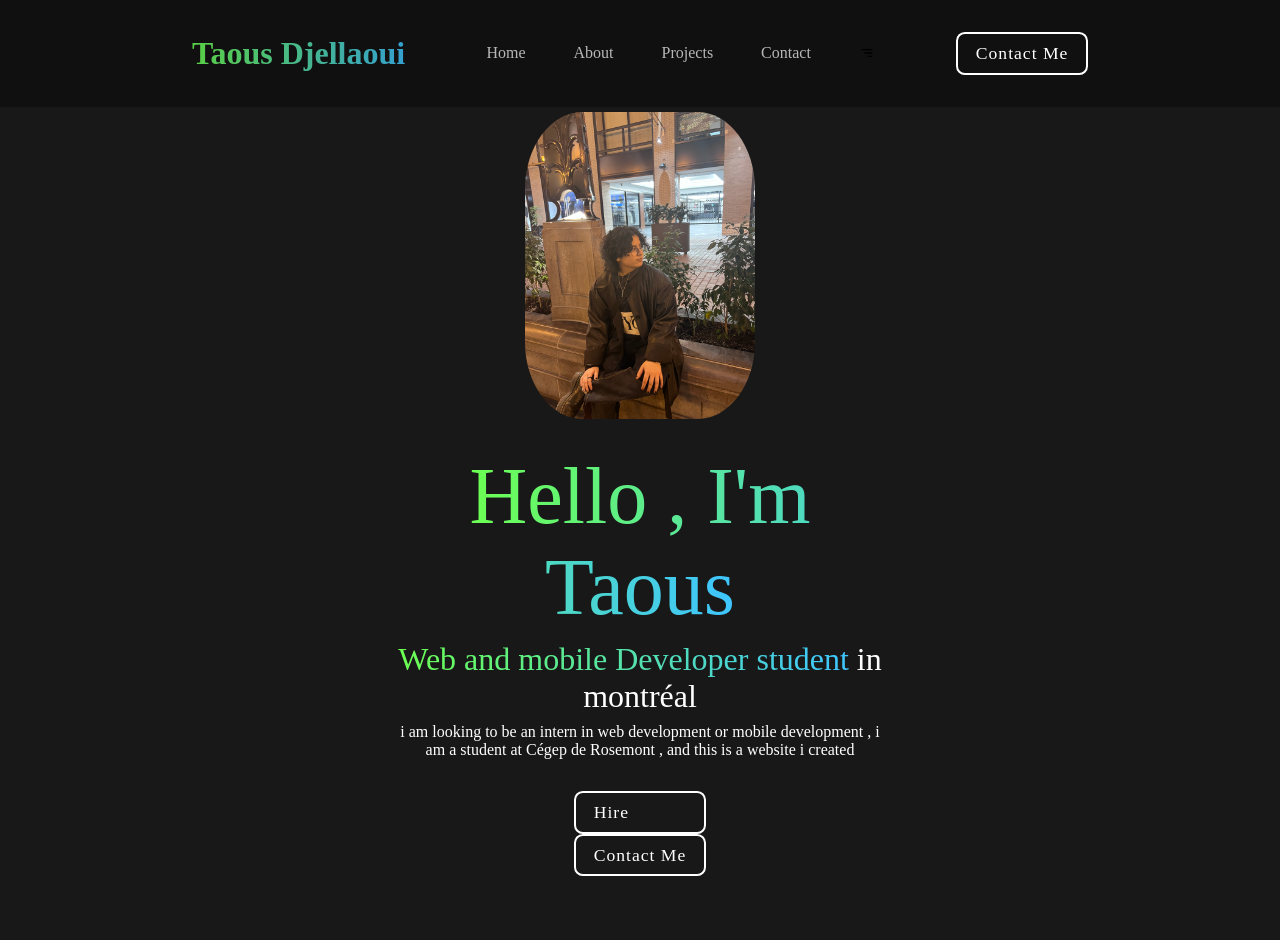
Repository: taousdjellaoui/portfolio-
Page: portfolio/index.html
The author's editor kept a copy of each file at every save. The page is drawn from the files as they stood at one save, then again after the next save.
The browser window is 1280 px wide. The pictures show the whole page.

Above is the page before, as saved 2024-09-23 21:06:13.

### portfolio/index.html
<!DOCTYPE html>
<html lang="en">
  <head>
    <meta charset="UTF-8" />
    <meta name="viewport" content="width=device-width, initial-scale=1.0" />
    <title>Portfolio Website</title>
    <link rel="stylesheet" href="style.css" />
    <link href='https://unpkg.com/boxicons@2.1.4/css/boxicons.min.css' rel='stylesheet'>
  </head>
  <body>
    <nav>
      <a href="#" class="logo"><span>Taous Djellaoui</span></a>
      <ul class="links">
        <a href="#home">Home</a>
        <a href="#about">About</a>
        <a href="#projects">Projects</a>
        <a href="#contact">Contact</a>
        <i class='bx bx-menu-alt-right' id="Menu"></i>
      </ul>
      <a href="#contact" class="btn">Contact Me</a>

    </nav>
    <section id="home">
      <img src="image.jpg" alt="">
      <div class="info-box">
        <h1><span>Hello , I'm Taous</span></h1>
        <h3><span>Web and mobile Developer student</span> in montréal</h3>
        <p>i am looking to be an intern in web development or mobile development , i am a student
           at Cégep de Rosemont , and this is a website i created  </p>
      </div>
      <div class="btn-box">
        <div class="btn">Hire</div>
        <div class="btn">Contact Me</div>
        <div></div>

      </div>

    </section>

    <script src="script.js"></script>
  </body>
</html>

### portfolio/style.css
* {
  margin: 0;
  padding: 0;
  box-sizing: border-box;
  text-decoration: none;
  list-style: none;
  scroll-behavior: smooth;
  font-family: "Poppins";
}
:root {
  --background: rgb(24, 24, 24);
  --second-background: rgb(21, 21, 21);
}
body{
  min-height: 100vh;
  background-color: var(--background);
}
nav{
position:fixed;
top:0;
width: 100%;
padding: 2em 15%;
display: flex;
align-items: center;
justify-content: space-between;
background-color:rgba(15,15,15,0.8);
backdrop-filter: blur(10px);
z-index: 1000;
}
ul{
  display:flex;
  align-items: center;
  gap: 3em;

}
nav ul a{
  color: white;
  opacity: 0.7;
  transition:0.2s ease-in-out;
}
nav ul a:hover{
  opacity: 1;

}
.logo{
  font-size:2em;
  color: white;
  font-weight: 800;
  opacity: 0.8;
  transition: 0.2s ease-in-out;

}
.logo:hover{
  opacity: 1;
}
.btn{
  padding : 0.5em 1em;
  color : white;
  font-weight: 500;
  letter-spacing:1px ;
  border-radius: 0.5em;
  font-size: 1.1em;
  border: 2px solid white;
  cursor: pointer;
  transition: 0.3s ease-in-out;

}
.btn:hover{
  background-color: white;
  color: var(--background);

}
span{
  background: linear-gradient(to right,#6cff52,#3ec5ff);
  background-clip: text;
  color:transparent;
}
#menu{
  color:white;
  font-size:3em;
  display:none;
}
section{
  min-height: 100vh;
  padding: 5% 15%;
}
#home{
display: flex;
flex-direction: column;
align-items:center;
justify-content: center;
gap:2em;
color:white;

}
#home img{
width:18vw;
border-radius: 25%;
margin-top: 3em;

}
.info-box{
  display: flex;
  flex-direction: column;
  text-align: center;
  gap: 0.5em;
  max-width: 500px;

}
.info-box h1{
  font-size:5em;
  font-weight: 500;
}
.info-box h3{
  font-size:2em;
  font-weight: 400;
}

Loaded but not shown: portfolio/script.js (no stored copy; drawn as an empty file)

After the next save:
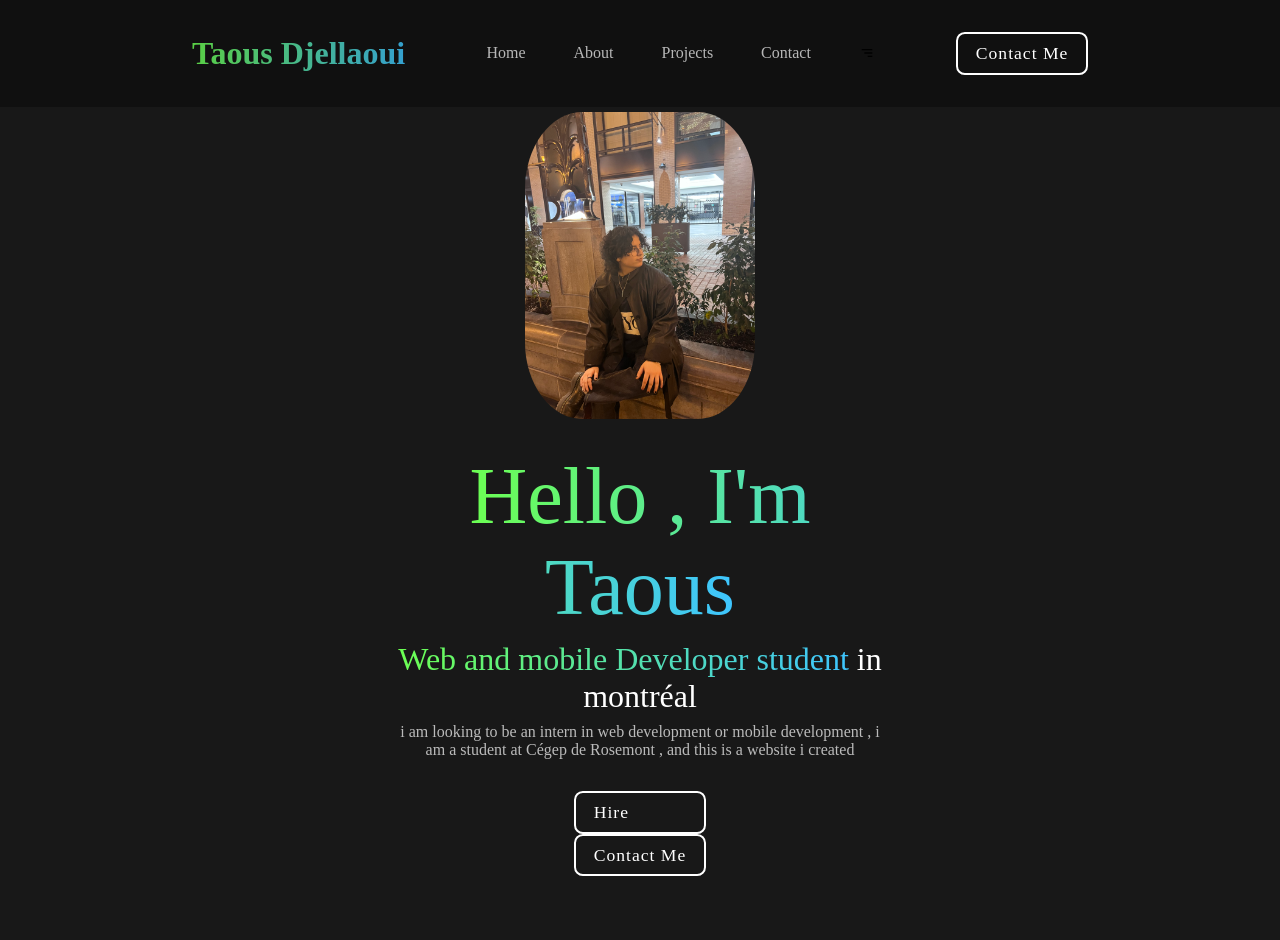
Saved 29 s later.
--- a/portfolio/style.css
+++ b/portfolio/style.css
@@ -115,3 +115,6 @@ margin-top: 3em;
   font-size:2em;
   font-weight: 400;
 }
+.info-box p{
+ opacity:0.7;
+}
